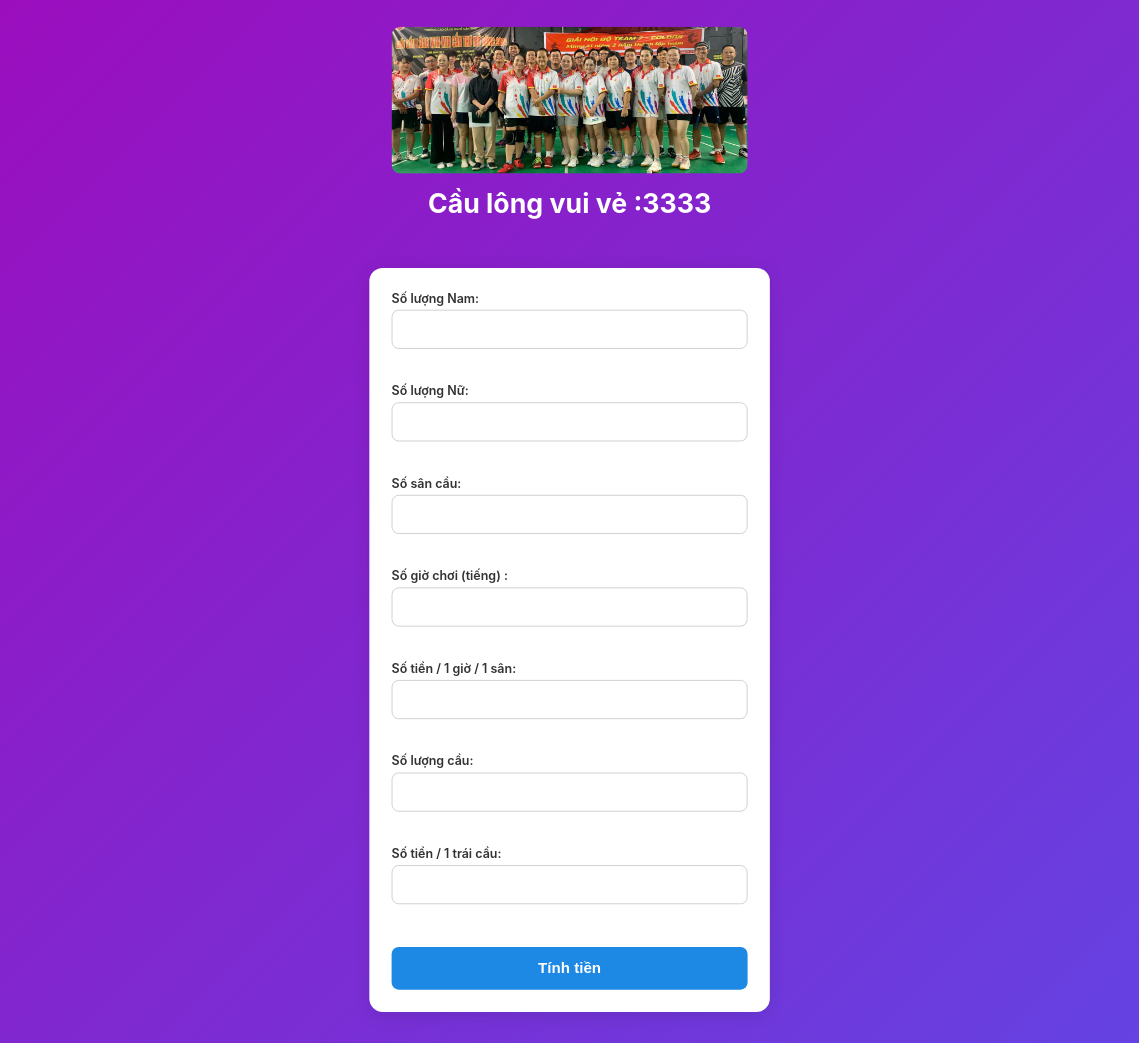
Repository: LuongPTCE181311/Badminton
Page: index.html
The author's editor kept a copy of each file at every save. The page is drawn from the files as they stood at one save, then again after a run of saves.
The browser window is 1280 px wide. The pictures show the whole page, at 89% of full size.

Above is the page before, as saved 2025-12-07 22:27:17.

After the next 2 saves:
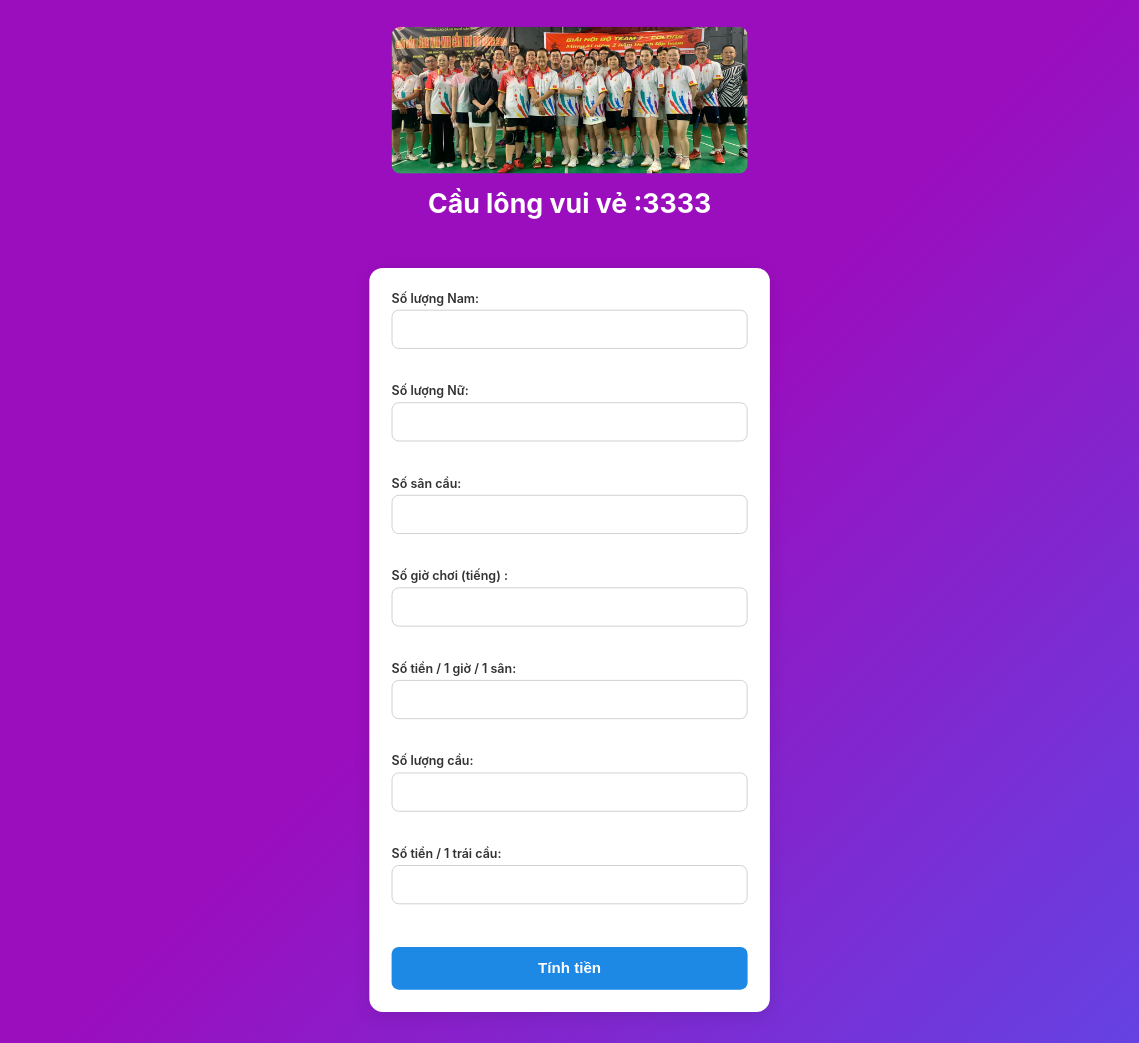
The 2 saves are shown as one change because they came seconds apart.
The last was saved 11 s later.
--- a/assets/css/style.css
+++ b/assets/css/style.css
@@ -7,7 +7,7 @@ body {
   padding: 10px;
   font-family: -apple-system, BlinkMacSystemFont, "Segoe UI", Roboto,
     "Helvetica Neue", Arial, sans-serif;
-  background: linear-gradient(135deg, #9b0ebe 0%, #6542e2 100%);
+  background: linear-gradient(135deg, #9b0ebe 50%, #6542e2 100%);
   min-height: 100vh;
 }
 
